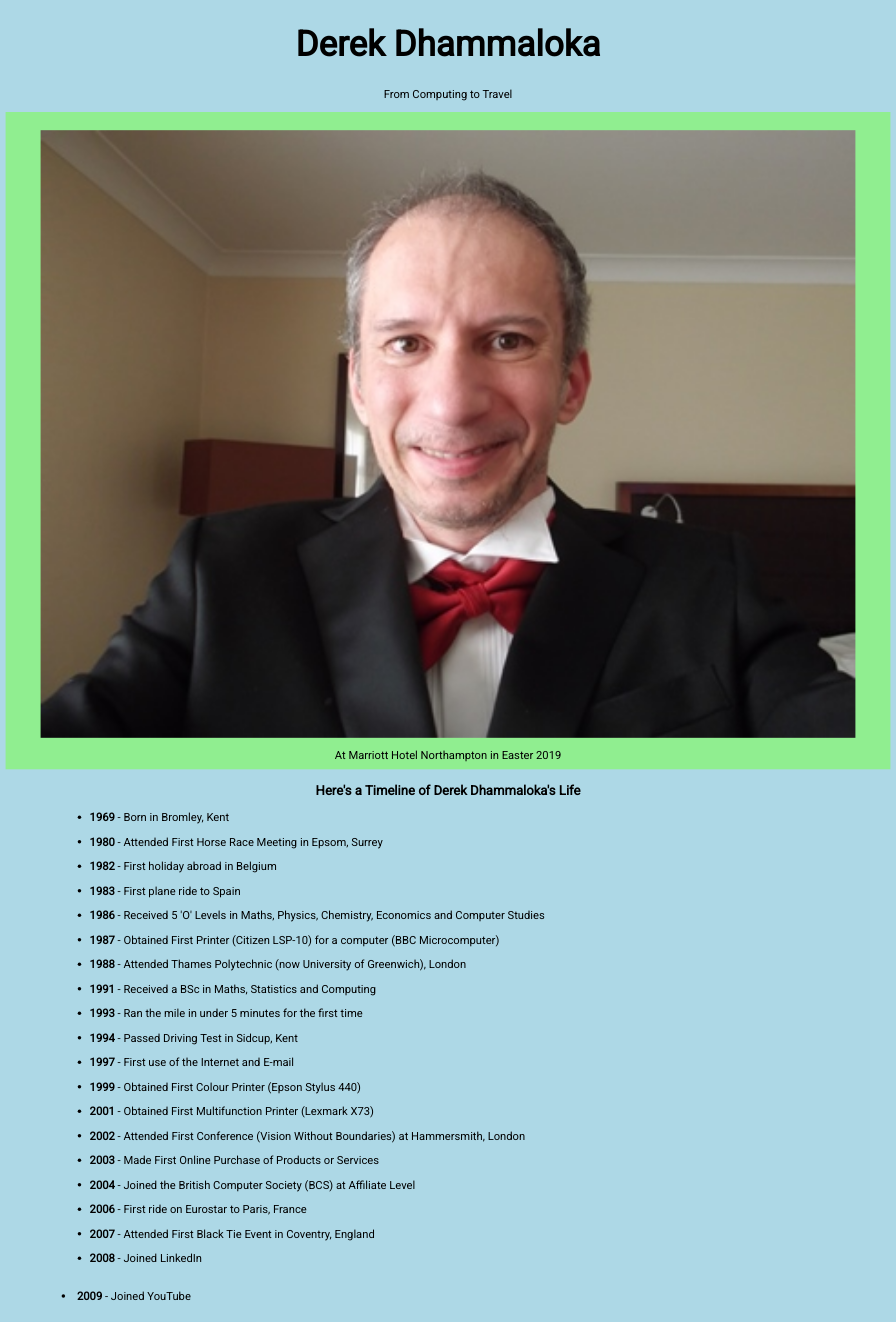
Repository: derektypist/tribute-page
Page: index.html
The author's editor kept a record of every edit. The page is drawn from the files as they stood at one moment, then again after the next edit.
The browser window is 1280 px wide. The pictures show the whole page, at 70% of full size.

Above is the page before.

### index.html
<!DOCTYPE html>
<html lang="en">

<head>
    <meta charset="UTF-8">
    <meta name="viewport" content="width=device-width, initial-scale=1.0">
    <meta http-equiv="X-UA-Compatible" content="ie=edge">
    <title>Derek Dhammaloka Tribute Page</title>
    <!-- Load Style Sheets -->
    <link href="https://fonts.googleapis.com/css?family=Roboto&display=swap" rel="stylesheet">
    <style>
        /* Main Styles */

        #main {
            font-family: "Roboto", Arial, Verdana, sans-serif;
            background-color: lightblue;
            text-align: center;
        }


        /* Title */

        #title {
            font-weight: 700;
            font-size: 50px;

        }


        /* Images */

        #img-div {
            background-color: lightgreen;
            padding: 10px;
        }

        #image {
            width: 100%;
            display: block;
            height: auto;
        }

        #img-caption {
            position: relative;
            top: 15px;
        }

        /* Tribute Info */

        #tribute-info {
            text-align: left;
            margin-left: 80px;
        }
    </style>
</head>

<body id="main">
    <!-- Set Header Element -->
    <header>
        <h1 id="title">Derek Dhammaloka</h1>
        <p>From Computing to Travel</p>
    </header>

    <!-- Set Main Element -->
    <main>

        <!-- Display Image with its Caption -->
        <div id="img-div">

            <figure>
                <img src="derek.JPG" id="image" title="At Marriott Hotel Northampton in Easter 2019" alt="At Marriott Hotel Northampton in Easter 2019">
                <figcaption id="img-caption">At Marriott Hotel Northampton in Easter 2019</figcaption>
            </figure>
        </div>
        <section>
            <h3>Here's a Timeline of Derek Dhammaloka's Life</h3>
            <!-- Display Tribute Information -->
            <article id="tribute-info">
                <!-- Display Information for 1969 -->
                <ul>
                    <li><strong>1969 </strong>- Born in Bromley, Kent</li>
                </ul>

                <!-- Display Information for 1980 -->
                <ul>
                    <li><strong>1980 </strong>- Attended First Horse Race Meeting in Epsom, Surrey</li>
                </ul>

                <!-- Display Information for 1982 -->
                <ul>
                    <li><strong>1982 </strong>- First holiday abroad in Belgium</li>
                </ul>

                <!-- Display Information for 1983 -->
                <ul>
                     <li><strong>1983 </strong>- First plane ride to Spain</li>
                </ul>

                <!-- Display Information for 1986 -->
                <ul>
                    <li><strong>1986 </strong>- Received 5 'O' Levels in Maths, Physics, Chemistry, Economics and Computer Studies</li>
                </ul>

                <!-- Display Information for 1987 -->
                <ul>
                    <li><strong>1987 </strong>- Obtained First Printer (Citizen LSP-10) for a computer (BBC Microcomputer)</li>
                </ul>

                <!-- Display Information for 1988 -->
                <ul>
                    <li><strong>1988 </strong>- Attended Thames Polytechnic (now University of Greenwich), London</li>
                </ul>

                <!-- Display Information for 1991 -->
                <ul>
                   <li><strong>1991 </strong>- Received a BSc in Maths, Statistics and Computing</li>
                </ul>

                <!-- Display Information for 1993 -->
                <ul>
                    <li><strong>1993 </strong>- Ran the mile in under 5 minutes for the first time</li>
                </ul>

                <!-- Display Information for 1994 -->
                <ul>
                    <li><strong>1994 </strong>- Passed Driving Test in Sidcup, Kent</li>
                </ul>

                <!-- Display Information for 1997 -->
                <ul>
                    <li><strong>1997 </strong>- First use of the Internet and E-mail</li>
                </ul>

                <!-- Display Information for 1999 -->
                <ul>
                    <li><strong>1999 </strong>- Obtained First Colour Printer (Epson Stylus 440)</li>
                </ul>

                <!-- Display Information for 2001 -->
                <ul>
                    <li><strong>2001 </strong>- Obtained First Multifunction Printer (Lexmark X73)</li>
                </ul>

                <!-- Display Information for 2002 -->
                <ul>
                    <li><strong>2002 </strong>- Attended First Conference (Vision Without Boundaries) at Hammersmith, London</li>
                </ul>

                <!-- Display Information for 2003 -->
                <ul>
                    <li><strong>2003 </strong>- Made First Online Purchase of Products or Services</li>
                </ul>

                <!-- Display Information for 2004 -->
                <ul>
                    <li><strong>2004 </strong>- Joined the British Computer Society (BCS) at Affiliate Level</li>
                </ul>

                <!-- Display Information for 2006 -->
                <ul>
                    <li><strong>2006 </strong>- First ride on Eurostar to Paris, France</li>
                </ul>

                <!-- Display Information for 2007 -->
                <ul>
                    <li><strong>2007 </strong>- Attended First Black Tie Event in Coventry, England</li>
                </ul>

                <!-- Display Information for 2008 -->
                <ul>
                    <li><strong>2008 </strong>- Joined LinkedIn</li>
                </ul>

                <br>
                <li><strong>2009 </strong>- Joined YouTube</li>
                <br>
            </article>
        </section>
    </main>
</body>

</html>

After the next edit:
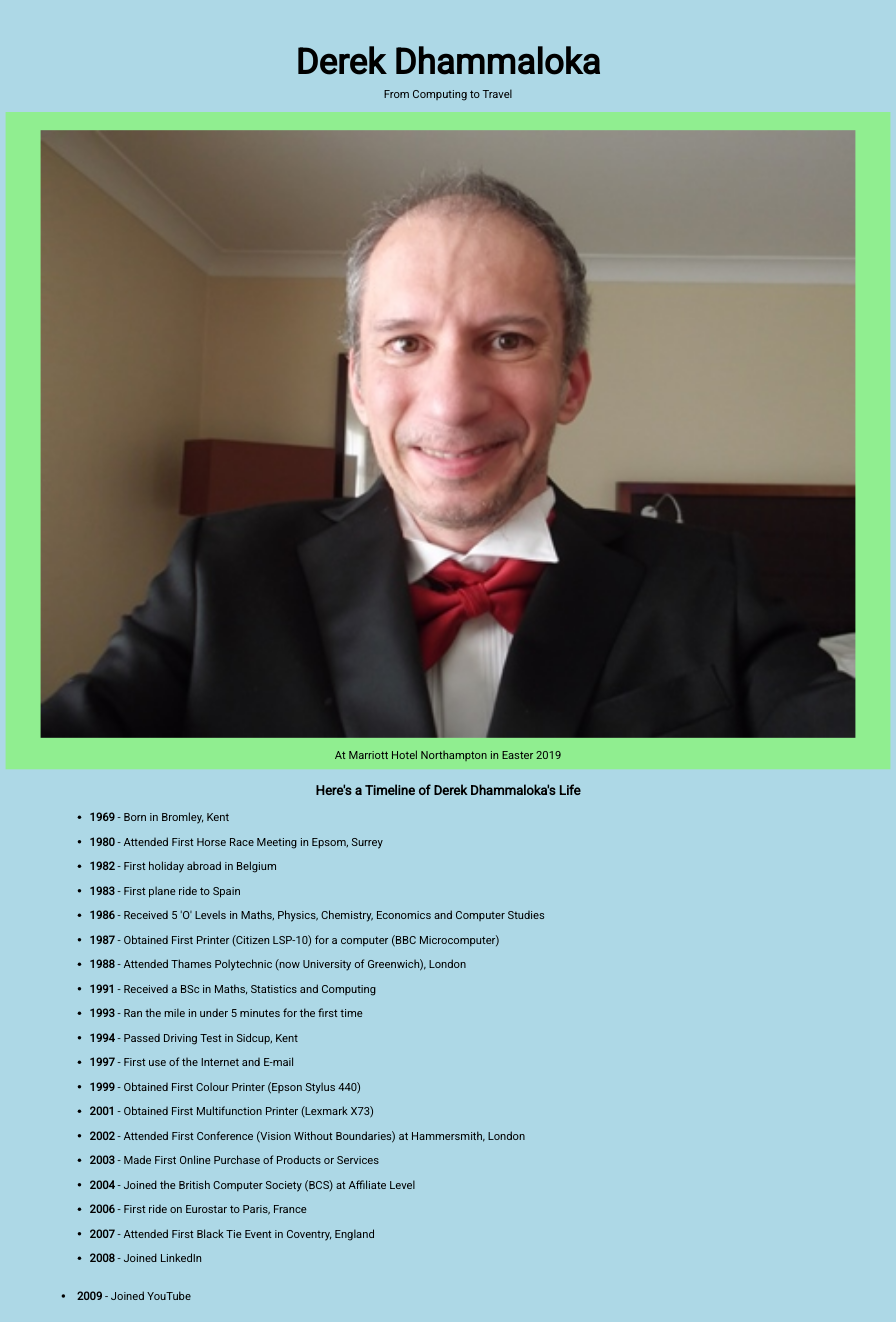
The edit:
--- a/index.html
+++ b/index.html
@@ -23,7 +23,8 @@
         #title {
             font-weight: 700;
             font-size: 50px;
-
+            position: relative;
+            top: 25px;
         }
 
 
